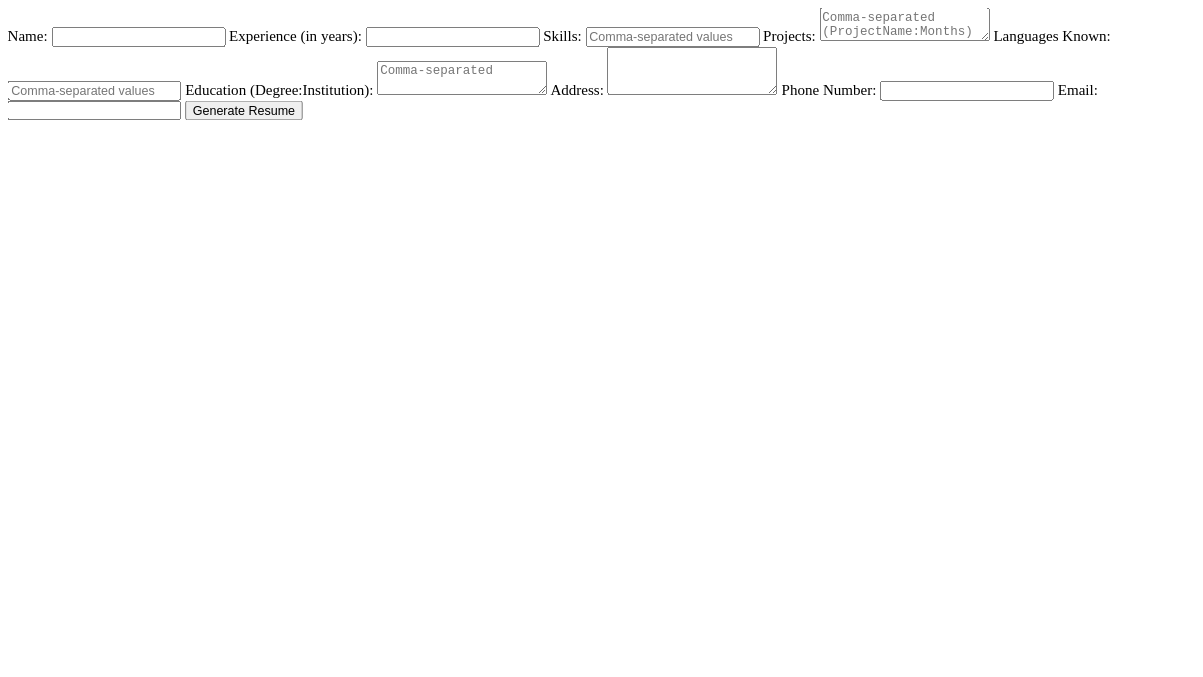
Repository: ashwin2-0/MineEclipseProjects
Page: http://localhost/springMVC/resume2
These files come from the project's save history. The page is drawn as it stood at one moment and after the next save; the edit follows.
The browser window is 1280 px wide. The pictures show the whole page, at 94% of full size.
The page is served by Tomcat 9.

Above is the page before, as saved 2025-04-15 20:43:22.

After the next save:
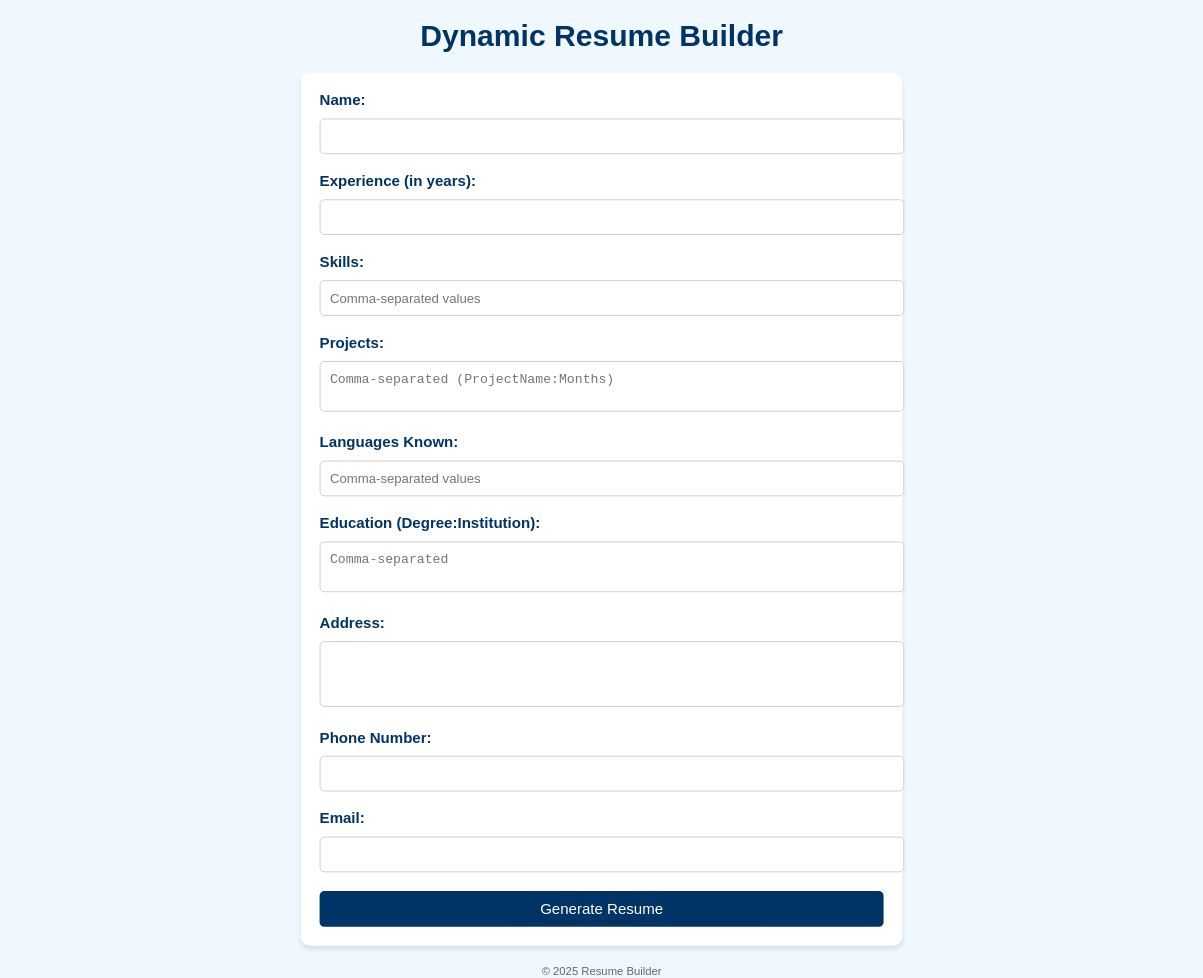
Console error: ReferenceError: $ is not defined
Saved 19 s later.
--- a/Spring_Core/SpringMVC/springMVC/src/main/webapp/WEB-INF/views/resume2.jsp
+++ b/Spring_Core/SpringMVC/springMVC/src/main/webapp/WEB-INF/views/resume2.jsp
@@ -1,30 +1,110 @@
-<form action="generateResume" method="post" modelAttribute="customer">
-    <label for="name">Name:</label>
-    <input type="text" id="name" name="name" required>
+<%@ page language="java" contentType="text/html; charset=UTF-8"
+    pageEncoding="UTF-8"%>
+<!DOCTYPE html>
+<html>
+<head>
+    <meta charset="UTF-8">
+    <title>Dynamic Resume Builder</title>
+    <style>
+        body {
+            font-family: Arial, sans-serif;
+            background-color: #f0f8ff;
+            margin: 0;
+            padding: 0;
+        }
 
-    <label for="experience">Experience (in years):</label>
-    <input type="number" id="experience" name="experience" required>
+        h1 {
+            text-align: center;
+            color: #003366;
+            margin-top: 20px;
+        }
 
-    <label for="skills">Skills:</label>
-    <input type="text" id="skills" name="skills" placeholder="Comma-separated values" required>
+        form {
+            max-width: 600px;
+            margin: auto;
+            background: #ffffff;
+            padding: 20px;
+            border-radius: 10px;
+            box-shadow: 0px 4px 6px rgba(0, 0, 0, 0.1);
+        }
 
-    <label for="projects">Projects:</label>
-    <textarea id="projects" name="projects" placeholder="Comma-separated (ProjectName:Months)" required></textarea>
+        label {
+            display: block;
+            margin-bottom: 10px;
+            font-weight: bold;
+            color: #003366;
+        }
 
-    <label for="languages">Languages Known:</label>
-    <input type="text" id="languages" name="languages" placeholder="Comma-separated values" required>
+        input[type="text"], input[type="number"], input[type="tel"], input[type="email"], textarea {
+            width: 100%;
+            padding: 10px;
+            margin-bottom: 20px;
+            border: 1px solid #ccc;
+            border-radius: 5px;
+            font-size: 14px;
+        }
 
-    <label for="education">Education (Degree:Institution):</label>
-    <textarea id="education" name="education" placeholder="Comma-separated" required></textarea>
+        button {
+            width: 100%;
+            padding: 10px;
+            background-color: #003366;
+            color: #ffffff;
+            border: none;
+            border-radius: 5px;
+            font-size: 16px;
+            cursor: pointer;
+        }
 
-    <label for="address">Address:</label>
-    <textarea id="address" name="address" rows="3" required></textarea>
+        button:hover {
+            background-color: #005a99;
+        }
 
-    <label for="phone">Phone Number:</label>
-    <input type="tel" id="phone" name="phone" pattern="[0-9]{10}" required>
+        textarea {
+            resize: none;
+        }
 
-    <label for="email">Email:</label>
-    <input type="email" id="email" name="email" required>
+        footer {
+            text-align: center;
+            margin-top: 20px;
+            font-size: 12px;
+            color: #666666;
+        }
+    </style>
+</head>
+<body>
+    <h1>Dynamic Resume Builder</h1>
+    <form action="generateResume" method="post">
+        <label for="name">Name:</label>
+        <input type="text" id="name" name="name" required>
 
-    <button type="submit">Generate Resume</button>
-</form>
+        <label for="experience">Experience (in years):</label>
+        <input type="number" id="experience" name="experience" required>
+
+        <label for="skills">Skills:</label>
+        <input type="text" id="skills" name="skills" placeholder="Comma-separated values" required>
+
+        <label for="projects">Projects:</label>
+        <textarea id="projects" name="projects" placeholder="Comma-separated (ProjectName:Months)" required></textarea>
+
+        <label for="languages">Languages Known:</label>
+        <input type="text" id="languages" name="languages" placeholder="Comma-separated values" required>
+
+        <label for="education">Education (Degree:Institution):</label>
+        <textarea id="education" name="education" placeholder="Comma-separated" required></textarea>
+
+        <label for="address">Address:</label>
+        <textarea id="address" name="address" rows="3" required></textarea>
+
+        <label for="phone">Phone Number:</label>
+        <input type="tel" id="phone" name="phone" pattern="[0-9]{10}" required>
+
+        <label for="email">Email:</label>
+        <input type="email" id="email" name="email" required>
+
+        <button type="submit">Generate Resume</button>
+    </form>
+    <footer>&copy; 2025 Resume Builder</footer>
+      <!-- Include jQuery validation file -->
+    <script src="/WEB-INF/validate/resumeValid.js"></script>
+</body>
+</html>
